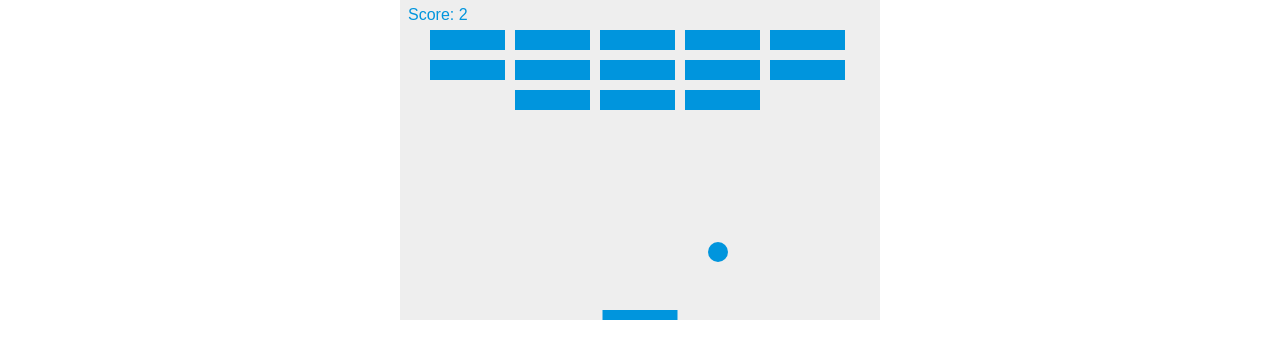
Repository: GoodHoneyCake/2D_breakout_game
Page: index.html
The author's editor kept a copy of each file at every save. The page is drawn from the files as they stood at one save, then again after the next save.
The browser window is 1280 px wide. The pictures show the whole page.

Above is the page before, as saved 2020-12-29 12:42:38.
Console error: ReferenceError: interval is not defined

### index.html
<!DOCTYPE html>
<html lang="en">
<head>
    <meta charset="UTF-8">
    <meta name="viewport" content="width=device-width, initial-scale=1.0">
    <title>Gamedev Canvas Workshop</title>
    <link rel="stylesheet" href="styles.css">
    <script src="main.js" defer></script>
</head>
<body>
    <canvas id="myCanvas" width="480" height="320"></canvas>
</body>
</html>

### styles.css
* {
  padding: 0;
  margin: 0;
}
canvas {
  background: #eee;
  display: block;
  margin: 0 auto;
}

### main.js
const canvas = document.getElementById("myCanvas");
const ctx = canvas.getContext("2d");

let x = canvas.width / 2;
let y = canvas.height - 30;

let dx = 2;
let dy = -2;

let ballRadius = 10;

let paddleHeight = 10;
let paddleWidth = 75;
let paddleX = (canvas.width - paddleWidth) / 2;

let rightPressed = false;
let leftPressed = false;

let brickRowCount = 3;
let brickColumnCount = 5;
let brickWidth = 75;
let brickHeight = 20;
let brickPadding = 10;
let brickOffsetTop = 30;
let brickOffsetLeft = 30;

let score = 0;

let lives = 3;

// bricks init
let bricks = [];
for (let c = 0; c < brickColumnCount; c++) {
  bricks[c] = [];
  for (let r = 0; r < brickRowCount; r++) {
    bricks[c][r] = { x: 0, y: 0, status: 1 };
  }
}

function drawBricks() {
  for (let c = 0; c < brickColumnCount; c++) {
    for (let r = 0; r < brickRowCount; r++) {
      if (bricks[c][r].status == 1) {
        let brickX = c * (brickWidth + brickPadding) + brickOffsetLeft;
        let brickY = r * (brickHeight + brickPadding) + brickOffsetTop;
        bricks[c][r].x = brickX;
        bricks[c][r].y = brickY;
        ctx.beginPath();
        ctx.rect(brickX, brickY, brickWidth, brickHeight);
        ctx.fillStyle = "#0095DD";
        ctx.fill();
        ctx.closePath();
      }
    }
  }
}

function randomColorStyle() {
  // H(Hue)S(Saturation)L(Lightness)
  // This will create a random color with same saturation and light intensity (luminance).
  // https://stackoverflow.com/questions/23861481/randomize-rgb-in-html5-canvas-with-a-new-value-for-each-fillrect-using-javascrip
  ctx.fillStyle = "hsl(" + 360 * Math.random() + ", 50%, 50%)";
}

document.addEventListener("keydown", keyDownHandler, false);
document.addEventListener("keyup", keyUpHandler, false);

function keyDownHandler(event) {
  if (event.keyCode == 39) {
    rightPressed = true;
  } else if (event.keyCode == 37) {
    leftPressed = true;
  }
}

function keyUpHandler(event) {
  if (event.keyCode == 39) {
    rightPressed = false;
  } else if (event.keyCode == 37) {
    leftPressed = false;
  }
}

document.addEventListener("mousemove", mouseMoveHandler, false);

function mouseMoveHandler(e) {
  let relativeX = e.clientX - canvas.offsetLeft;
  if (relativeX > 0 && relativeX < canvas.width) {
    paddleX = relativeX - paddleWidth / 2;
  }
}

function collisionDetection() {
  for (let c = 0; c < brickColumnCount; c++) {
    for (let r = 0; r < brickRowCount; r++) {
      let b = bricks[c][r];
      if (b.status == 1) {
        if (
          x > b.x &&
          x < b.x + brickWidth &&
          y > b.y &&
          y < b.y + brickHeight
        ) {
          dy = -dy;
          b.status = 0;
          score++;
          if (score == brickRowCount * brickColumnCount) {
            alert(`YOU WIN, CONGRATULATIONS!"  Score: ${score}`);
            document.location.reload();
          }
        }
      }
    }
  }
}

function drawScore() {
  ctx.font = "16px Arial";
  ctx.fillStyle = "#0095DD";
  ctx.fillText("Score: " + score, 8, 20);
}

function drawLives() {
  ctx.font = "16px Arial";
  ctx.fillStyle = "#0095DD";
  ctx.fillText("Lives: " + lives, canvas.width - 65, 20);
}

function drawBall() {
  ctx.beginPath();
  ctx.arc(x, y, ballRadius, 0, Math.PI * 2);
  ctx.fillstyle = "#0095DD";
  ctx.fill();
  ctx.closePath();
}

function drawPaddle() {
  ctx.beginPath();
  ctx.rect(paddleX, canvas.height - paddleHeight, paddleWidth, paddleHeight);
  ctx.fillstyle = "#0095DD";
  ctx.fill();
  ctx.closePath();
}

function draw() {
  ctx.clearRect(0, 0, canvas.width, canvas.height);
  drawBricks();
  drawBall();
  drawPaddle();
  drawScore();
  collisionDetection();

  x += dx;
  y += dy;

  // bottom edge || top edge
  if (y + dy < ballRadius) {
    dy = -dy;
  } else if (y + dy > canvas.height - ballRadius) {
    if (x > paddleX && x < paddleX + paddleWidth) {
      dy = -dy;
    } else {
      alert("GAME OVER");
      document.location.reload();
      clearInterval(interval);
    }
  }
  // right edge || left edge
  if (x + dx > canvas.width - ballRadius || x + dx < ballRadius) {
    dx = -dx;
  }

  if (rightPressed && paddleX < canvas.width - paddleWidth) {
    paddleX += 7; // pixel
  } else if (leftPressed && paddleX > 0) {
    paddleX -= 7;
  }
}

setInterval(draw, 10);

After the next save:
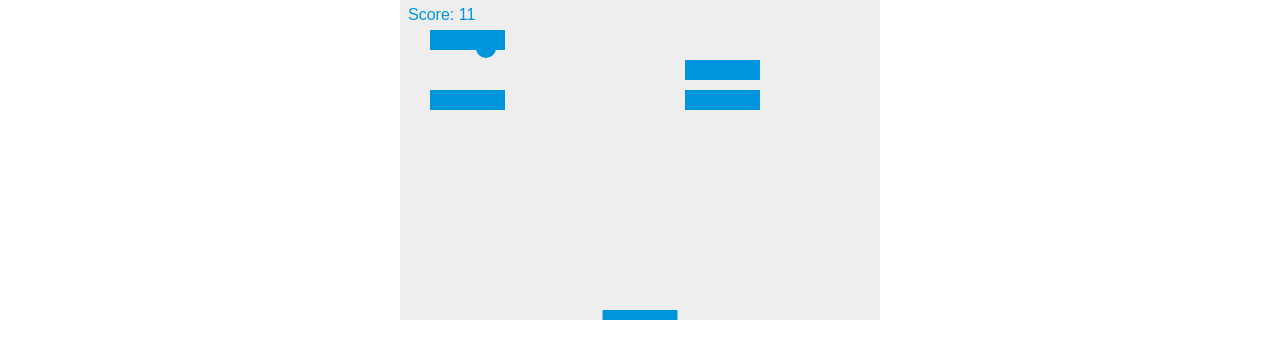
The error is gone.
Saved 105 s later.
--- a/main.js
+++ b/main.js
@@ -159,10 +159,18 @@
   } else if (y + dy > canvas.height - ballRadius) {
     if (x > paddleX && x < paddleX + paddleWidth) {
       dy = -dy;
-    } else {
+    }
+    lives--;
+    if (!lives) {
       alert("GAME OVER");
       document.location.reload();
       clearInterval(interval);
+    } else {
+      x = canvas.width / 2;
+      y = canvas.height - 30;
+      dx = 2;
+      dy = -2;
+      paddleX = (canvas.width - paddleWidth) / 2;
     }
   }
   // right edge || left edge
